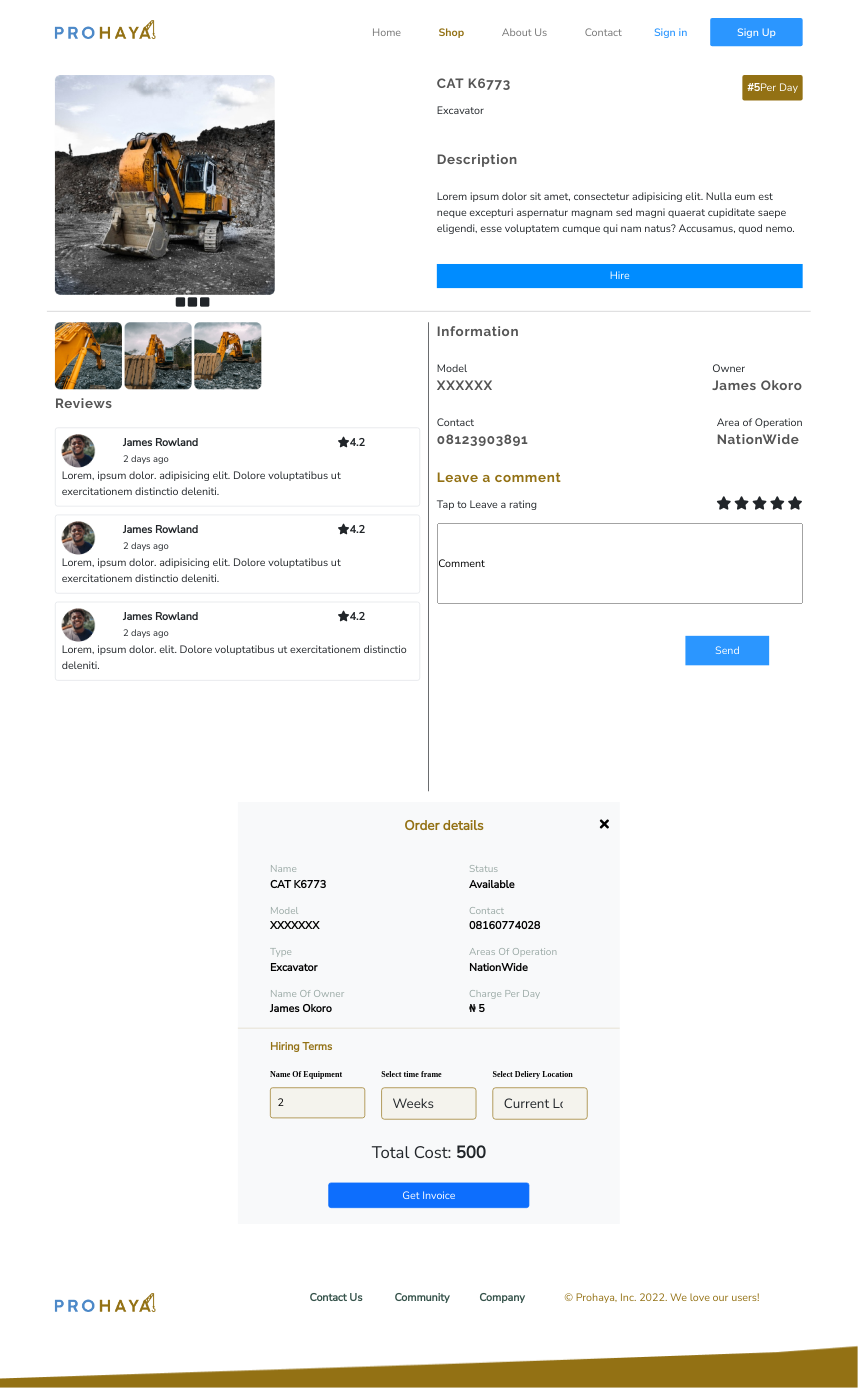
Repository: stormcelltech/Prohaya-UI
Page: equipdetails.html
These files come from the project's save history. The page is drawn as it stood at one moment and after the next save; the edit follows.
The browser window is 1280 px wide. The pictures show the whole page, at 67% of full size.
Some web libraries are served in a nearby version.

Above is the page before, as saved 2022-04-21 04:30:26.
Console error: TypeError: $(...).owlCarousel is not a function

### equipdetails.html
<!DOCTYPE html>
<html lang="en">
<head>
    <meta charset="UTF-8">
    <meta http-equiv="X-UA-Compatible" content="IE=edge">
    <meta name="viewport" content="width=device-width, initial-scale=1.0">
    <title>Equipment Details</title>
    <script src="./assets/js/jquery-3.6.0.js"></script>
    <script src="./assets/bootstrap/dist/js/bootstrap.bundle.js"></script>
    <link rel="stylesheet" href="assets/bootstrap/dist/css/bootstrap.css">
    <link rel="stylesheet" href="./assets/css/custom.css">
    <link rel="stylesheet" href="./assets/css/carousel.css">
    <script src="https://kit.fontawesome.com/151ccf5101.js" crossorigin="anonymous"></script>
    <link rel="stylesheet" href="assets/fontawesome/css/all.css">

</head>

<body>
    <nav class="navbar navbar-expand-lg navbar-light custom-navWidth bg-light">
        <div class="container">
            <a class="navbar-brand" href="#"><img src="assets/img/logo/logo.png" class="logo" alt=""></a>
            <button class="navbar-toggler" type="button" data-bs-toggle="collapse" data-bs-target="#navbarSupportedContent" aria-controls="navbarSupportedContent" aria-expanded="false" aria-label="Toggle navigation">
            <span class="navbar-toggler-icon"></span>
          </button>
            <div class="collapse navbar-collapse" id="navbarSupportedContent">
                <ul class="navbar-nav custom-nav-link ms-auto mb-2 mb-lg-0">
                    <li class="nav-item">
                        <a class="nav-link" aria-current="page" href="#">Home</a>
                    </li>
                    <li class="nav-item">
                        <a class="nav-link active custom-active" href="shop.html">Shop</a>
                    </li>

                    <li class="nav-item">
                        <a class="nav-link" href="#">About Us</a>
                    </li>

                    <li class="nav-item">
                        <a class="nav-link" href="#">Contact</a>
                    </li>
                </ul>
                <div class="custom-nav-btn-container">
                    <a href="login.html" class="signin-link">Sign in</a>
                    <a href="signup.html" class="custom-btn-primary">Sign Up</a>
                </div>
            </div>
        </div>
    </nav>




        <div class="equip-detail py-3">
           <div class="flexend"> <!--row-->
                <!-- <div class="spann">  -->
                   <!-- <img src="./assets/img/background/Vector.png" alt="">
                </div> -->

              <div class="equipmain "> <!--col col-md-8 col-sm-12 -->
                <div class="container">
                    <div class="row">
                         <div class="img-main col col-sm-12 col-md-6">
                             <img src="./assets/img/background/unsplash_1je5j4aN2RI.jpg">
                              <div class="dots">
                                <i class="fa-solid fa-square"></i>
                                <i class="fa-solid fa-square"></i>
                                <i class="fa-solid fa-square"></i>
                              </div>
                         </div>
                         <div class="col col-md-6 col-sm-12">
                            <div class="direct">
                                <div class="left">
                                    <h4><strong>CAT K6773</strong></h4>
                                    <p>Excavator</p>
                                </div>
                                <div class="right">
                                      <button class="mybtn" style="color: white;"><strong>#5</strong>Per Day</button>
                                </div>
                            </div>
                            <div class="text-area py-3">
                                <h4 class="py-3"><strong>Description</strong></h4>
                                <p class="pb-4">Lorem ipsum dolor sit amet, consectetur adipisicing elit.
                                   Nulla eum est neque excepturi aspernatur magnam sed magni
                                   quaerat cupiditate saepe eligendi, esse voluptatem cumque
                                   qui nam natus? Accusamus, quod nemo.</p>
                                   <div class="mybtn">Hire</div>
                            </div>
                         </div>
                    </div>
                    <div class="two">


                        <div class="row flex">
                            <hr>
                            <div class="left col col-md-6 col-sm-12">
                               <img src="./assets/img/background/unsplash_fO58WAxzE68.jpg" alt="">
                               <img src="./assets/img/background/unsplash_hGncIpZnSBw.jpg" alt="">
                               <img src="./assets/img/background/unsplash_WoZs8gGyQBY.jpg" alt="">
                               <h4 class="py-2"><strong>Reviews</strong></h4>
                               <div class="border">
                                   <div class="row ">
                                       <div class="col col-md-2 col-sm-12"><img src="./assets/img/background/unsplash_2EGNqazbAMk.jpg" alt="" style="width:50px ;"></div>
                                       <div class="col col-md-7 col-sm-12"><strong>James Rowland</strong><br><span class="primary"><small>2 days ago</small></span></div>
                                       <div class="col col-md-3 col-sm-12"><i class="fa-solid fa-star"></i><strong>4.2</strong></div>
                                   </div>
                                    Lorem, ipsum dolor. adipisicing elit. Dolore voluptatibus ut exercitationem distinctio deleniti.
                               </div>
                               <div class="border">
                                   <div class="row ">
                                       <div class="col col-md-2 col-sm-12"><img src="./assets/img/background/unsplash_2EGNqazbAMk.jpg" alt="" style="width:50px ;"></div>
                                       <div class="col col-md-7 col-sm-12"><strong>James Rowland</strong><br><span><small>2 days ago</small></span></div>
                                       <div class="col col-md-3 col-sm-12"><i class="fa-solid fa-star"></i><strong>4.2</strong></div>
                                   </div>
                                   Lorem, ipsum dolor. adipisicing elit. Dolore voluptatibus ut exercitationem distinctio deleniti.
                               </div>
                               <div class="border">
                                   <div class="row ">
                                       <div class="col col-md-2 col-sm-12"><img src="./assets/img/background/unsplash_2EGNqazbAMk.jpg" alt="" style="width:50px ;"></div>
                                       <div class="col col-md-7 col-sm-12"><strong>James Rowland</strong><br><span><small>2 days ago</small></span></div>
                                       <div class="col col-md-3 col-sm-12"><i class="fa-solid fa-star"></i><strong>4.2</strong></div>
                                   </div>
                                  Lorem, ipsum dolor. elit. Dolore voluptatibus ut exercitationem distinctio deleniti.
                               </div>
                            </div>

                            <div class="right col col-md-6 col-sm-12">
                                <h4><strong>Information</strong></h4>
                                <div class="flex-item pt-3">
                                    <div class="one">Model<h4><strong>XXXXXX</strong></h4></div>
                                    <div class="two">Owner<h4><strong>James Okoro</strong></h4></div>
                                </div>
                                <div class="flex-item pt-3">
                                    <div class="one">Contact<h4><strong>08123903891</strong></h4></div>
                                    <div class="two">Area of Operation<h4><strong>NationWide</strong></h4></div>
                                </div>
                                <h4 class="pt-3" style="color: #937114;"><strong>Leave a comment</strong></h4>
                                <div class="star-area">
                                    <div class="rate"><p>Tap to Leave a rating</p></div>
                                    <div class="rate">
                                        <i class="fa-solid fa-star"></i>
                                        <i class="fa-solid fa-star"></i>
                                        <i class="fa-solid fa-star"></i>
                                        <i class="fa-solid fa-star"></i>
                                        <i class="fa-solid fa-star"></i>
                                    </div>
                                </div>
                                <form class="equip-detail-form">
                                    <input type="text" id="fname" name="firstname" placeholder="Comment">
                                </form>
                                <button class="mybttn mt-5">Send</button>

                            </div>


                        </div>


                   </div>
                </div>

              </div>

                <!-- <div class="spa">
                    <img src="./assets/img/background/Vector.jpg" alt="">
                </div> -->
           </div>
        </div>






    <section class="">
        <div class="container">
            <div class="row justify-content-center">
                <div class="col-md-6 bg-light p-0">
                    <div class="row  custom-order px-3">
                        <div class="col-8 my-4"><span class="custom-det my-4">Order details</span></div>
                        <div class="col-4 my-4"><a href="#"><i class="fas fa-xmark custom-xmark "></i></a></div>
                    </div>
                    <div class="row my-3">
                        <div class="col-6">
                            <div class="row px-5 text-start">
                                <span class="custom-name-span">Name</span>
                                <span class="custom-cat-span ">CAT K6773</span>
                            </div>
                        </div>
                        <div class="col-6">
                            <div class="row px-5 text-start">
                                <span class="custom-name-span">Status</span>
                                <span class="custom-cat-span">Available</span>
                            </div>
                        </div>
                    </div>
                    <div class="row my-3">
                        <div class="col-6">
                            <div class="row px-5 text-start">
                                <span class="custom-name-span">Model</span>
                                <span class="custom-cat-span">XXXXXXX</span>
                            </div>
                        </div>
                        <div class="col-6">
                            <div class="row px-5 text-start">
                                <span class="custom-name-span">Contact</span>
                                <span class="custom-cat-span">08160774028</span>
                            </div>
                        </div>
                    </div>
                    <div class="row my-3">
                        <div class="col-6">
                            <div class="row px-5 text-start">
                                <span class="custom-name-span">Type</span>
                                <span class="custom-cat-span">Excavator</span>
                            </div>
                        </div>
                        <div class="col-6">
                            <div class="row px-5 text-start">
                                <span class="custom-name-span">Areas Of Operation</span>
                                <span class="custom-cat-span">NationWide</span>
                            </div>
                        </div>
                    </div>
                    <div class="row my-3">
                        <div class="col-6">
                            <div class="row px-5 text-start">
                                <span class="custom-name-span">Name Of Owner</span>
                                <span class="custom-cat-span">James Okoro</span>
                            </div>
                        </div>
                        <div class="col-6">
                            <div class="row px-5 text-start">
                                <span class="custom-name-span">Charge Per Day</span>
                                <span class="custom-cat-span">₦ 5</span>
                            </div>
                        </div>
                    </div>

                    <div>
                        <hr class="custom-hr-color">
                    </div>
                    <div class="row my-3">
                        <div class="col-md-12">
                            <div class="row px-5 text-start">
                                <span class="custom-terms">Hiring Terms</span>
                            </div>
                        </div>
                    </div>
                    <form action="">
                        <div class="row my-3 px-5">
                            <div class="col-md-4">
                                <div class=" ">
                                    <label for="exampleFormControlInput1" class="form-label custom-entry">Name Of Equipment</label>
                                    <input type="text" class="form-control custom-deliver" id="exampleFormControlInput1" placeholder="2">
                                </div>
                            </div>
                            <div class="col-md-4">
                                <div class="">
                                    <label for="exampleFormControlInput1" class="form-label custom-entry">Select time frame</label>
                                    <select class="form-select custom-delivery form-select-lg mb-3" aria-label=".form-select-lg example">
                                        <option selected>Weeks</option>
                                        <option value="1">1</option>
                                        <option value="2">2</option>
                                        <option value="3">3</option>
                                      </select>
                                </div>
                            </div>
                            <div class="col-md-4">
                                <div class="">
                                    <label for="exampleFormControlInput1" class="form-label custom-entry">Select Deliery Location</label>
                                    <select class="form-select custom-delivery form-select-lg mb-3" aria-label=".form-select-lg example">
                                        <option selected>Current Location</option>
                                        <option value="1">Port Harcourt</option>
                                        <option value="2">Lagos</option>
                                        <option value="3">Abuja</option>
                                      </select>
                                </div>
                            </div>
                        </div>
                        <div class="row ">
                            <span class="text-center custom-cost">Total Cost: <strong>500</strong></span>
                        </div>
                        <div class="row custom-invoice-div my-4">
                            <button type="submit" class="btn btn-primary custom-invoice-btn">Get Invoice</button>
                        </div>
                    </form>



                </div>
            </div>
        </div>

    </section>




    <footer class="footer-settings">
        <div class="container">
            <div class="row mt-5">
                <div class="col-md-12">
                    <div class="row">
                        <div class="col-md-4">
                            <div class="logo-brand">
                                <img src="./assets/img/logo/logo.png" alt="">
                            </div>
                        </div>
                        <div class="col-md-4">
                            <div class="col-md-12">
                                <div class="row">
                                    <div class="col-md-4">
                                        <a href="#" class="footer-link">Contact Us</a>
                                    </div>
                                    <div class="col-md-4">
                                        <a href="#" class="footer-link">Community</a>
                                    </div>
                                    <div class="col-md-4">
                                        <a href="#" class="footer-link">Company</a>
                                    </div>
                                </div>
                            </div>
                        </div>
                        <div class="col-md-4">
                            <div class="footer-copyright">
                                © Prohaya, Inc. 2022. We love our users!
                            </div>
                        </div>
                    </div>
                </div>
            </div>


        </div>

    </footer>

    <div class="footer-cover">
    </div>









    <script src="./assets/js/slider.js"></script>

</body>
</html>

Loaded but not shown: assets/js/jquery-3.6.0.js (library); assets/bootstrap/dist/js/bootstrap.bundle.js (library); assets/bootstrap/dist/css/bootstrap.css (library); assets/fontawesome/css/all.css (library); assets/js/slider.js (95 lines, source omitted); assets/css/custom.css (1467 lines, source omitted); assets/css/carousel.css (558 lines, source omitted)

After the next save:
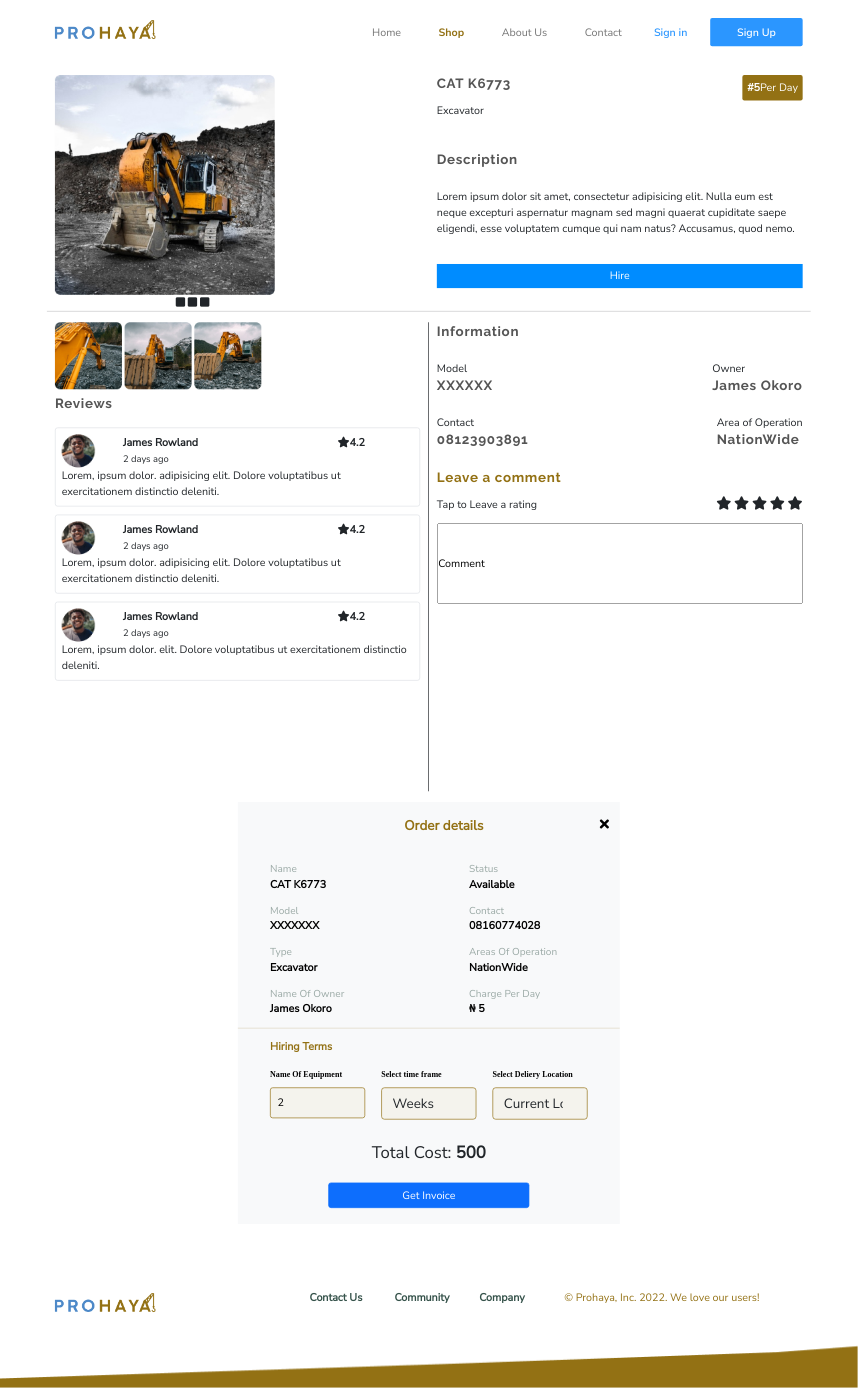
Saved 105 s later.
--- a/equipdetails.html
+++ b/equipdetails.html
@@ -147,7 +147,7 @@
                                 <form class="equip-detail-form">
                                     <input type="text" id="fname" name="firstname" placeholder="Comment">
                                 </form>
-                                <button class="mybttn mt-5">Send</button>
+                                <!-- <button class="mybttn mt-5">Send</button> -->
 
                             </div>
 
